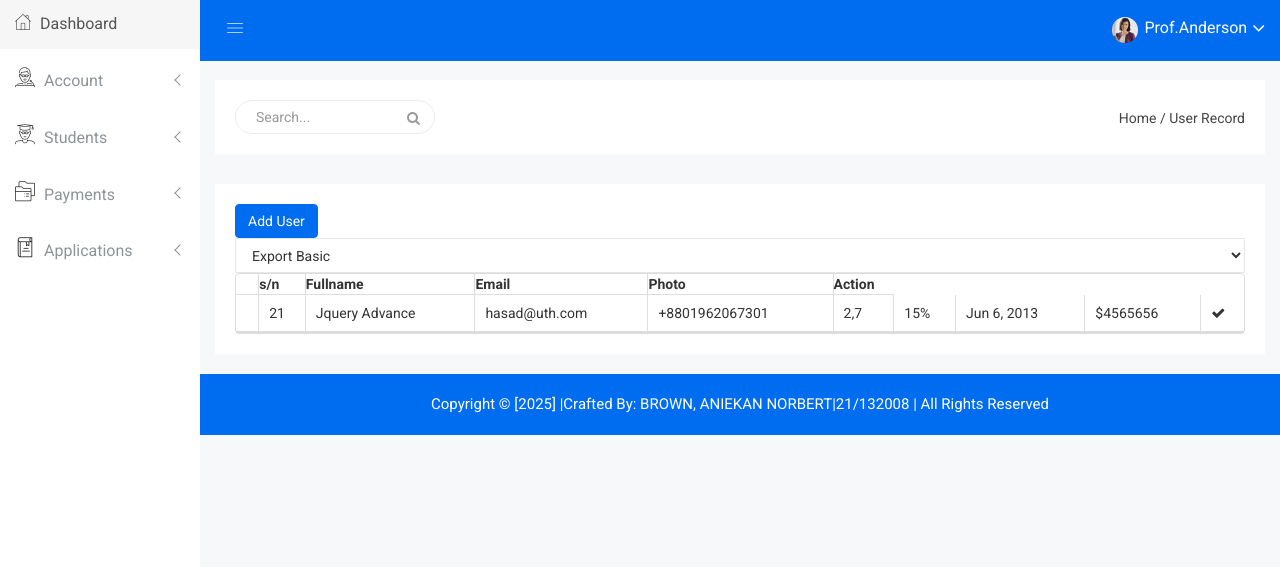
Repository: walterjnr1/crowdfunding-system
Page: http://localhost/Admin/user_record.php
An editor plug-in stored every save of this project. The page is shown before and after the next save, followed by the edit.
The browser window is 1280 px wide. The pictures show the whole page.
The page is run by PHP 8.4 with error messages shown; the project is at /var/www/html/.

Above is the page before, as saved 2025-02-20 11:27:39.
Console error (its wording comes from the project's code and is left out).

After the next save:
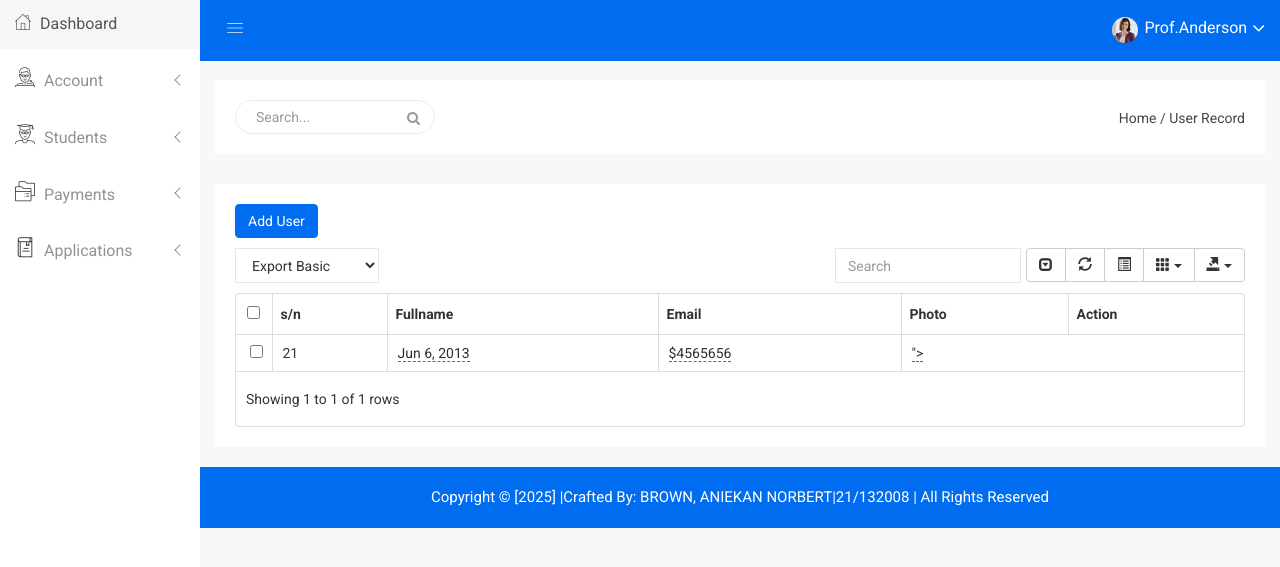
Saved 22 s later.
--- a/Admin/user_record.php
+++ b/Admin/user_record.php
@@ -128,12 +128,7 @@
                                              <tr>
                                                 <td></td>
                                                 <td>21</td>
-                                                <td>Jquery Advance</td>
-                                                <td>hasad@uth.com</td>
-                                                <td>+8801962067301</td>
-                                                <td class="datatable-ct"><span class="pie">2,7</span>
-                                                </td>
-                                                <td>15%</td>
+
                                                 <td>Jun 6, 2013</td>
                                                 <td>$4565656</td>
                                                 <td class="datatable-ct"><i class="fa fa-check"></i>
